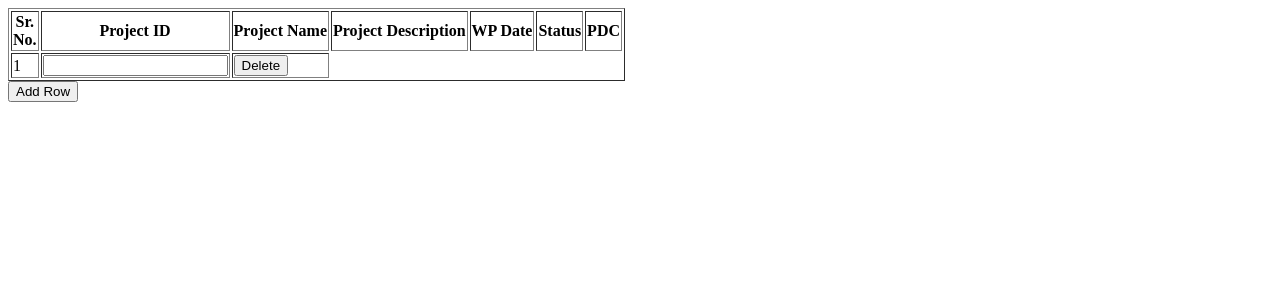
Repository: AdarshK062/BasicServlet
Page: http://localhost/Project1/index2.jsp
The author's editor kept a copy of each file at every save. The page is drawn from the files as they stood at one save, then again after the next save.
The browser window is 1280 px wide. The pictures show the whole page.
The page is served by Tomcat 9. Other server files are loaded and not shown.

Above is the page before, as saved 2021-03-28 19:56:09.

### Project1/WebContent/index2.jsp
<%@ page language="java" contentType="text/html; charset=ISO-8859-1"
    pageEncoding="ISO-8859-1"%>
<!DOCTYPE html>
<html>
<head>
<meta charset="ISO-8859-1">
<title>Insert title here</title>
</head>
<body>
<%@ page import="BasicServlet.*" %>
<%
HttpSession s= request.getSession(true);
Employee emp=(Employee) s.getAttribute("emp");
DBConnect db=(DBConnect)s.getAttribute("db");
%>

	<TABLE id="dataTable" border="1">
		<TR>
			<TH>Sr.<br> No.</TH>
			<TH>Project ID</TH>
			<TH>Project Name</TH>
			<TH>Project Description</TH>
			<TH>WP Date</TH>
			<TH>Status</TH>
			<TH>PDC</TH>
		</TR>
		<TR>
			<TD>1</TD>
			<TD><input type="text" value="" name="nameTxt"></TD>
			<TD><input type="button" name="button1" value="Delete" onclick="removeRow('button1')"></TD>
		</TR>
	</TABLE>
	<INPUT type="button" value="Add Row" onclick="addRow('dataTable')" />
</body>
</html>

After the next save:
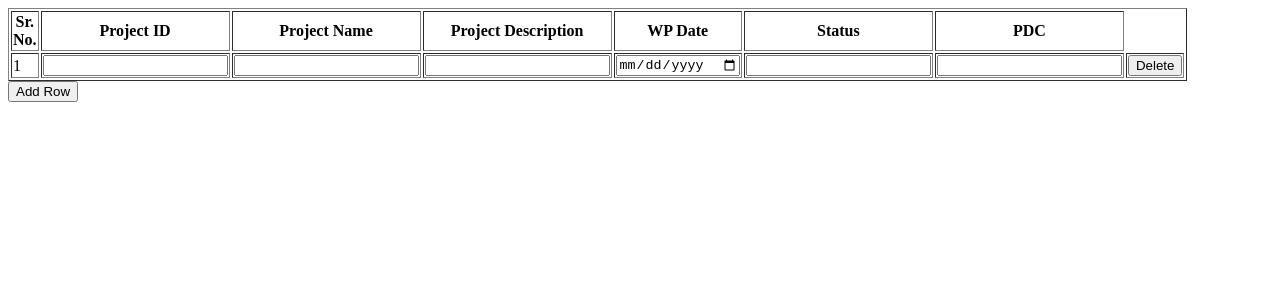
Saved 108 s later.
--- a/Project1/WebContent/index2.jsp
+++ b/Project1/WebContent/index2.jsp
@@ -26,7 +26,12 @@ DBConnect db=(DBConnect)s.getAttribute("db");
 		</TR>
 		<TR>
 			<TD>1</TD>
-			<TD><input type="text" value="" name="nameTxt"></TD>
+			<TD><input type="text" value="" name="projectId1"></TD>
+			<TD><input type="text" value="" name="projectName1"></TD>
+			<TD><input type="text" value="" name="projectDesc1"></TD>
+			<TD><input type="date" value="" name="WPDate1"></TD>
+			<TD><input type="text" value="" name="status1"></TD>
+			<TD><input type="text" value="" name="PDC1"></TD>
 			<TD><input type="button" name="button1" value="Delete" onclick="removeRow('button1')"></TD>
 		</TR>
 	</TABLE>
